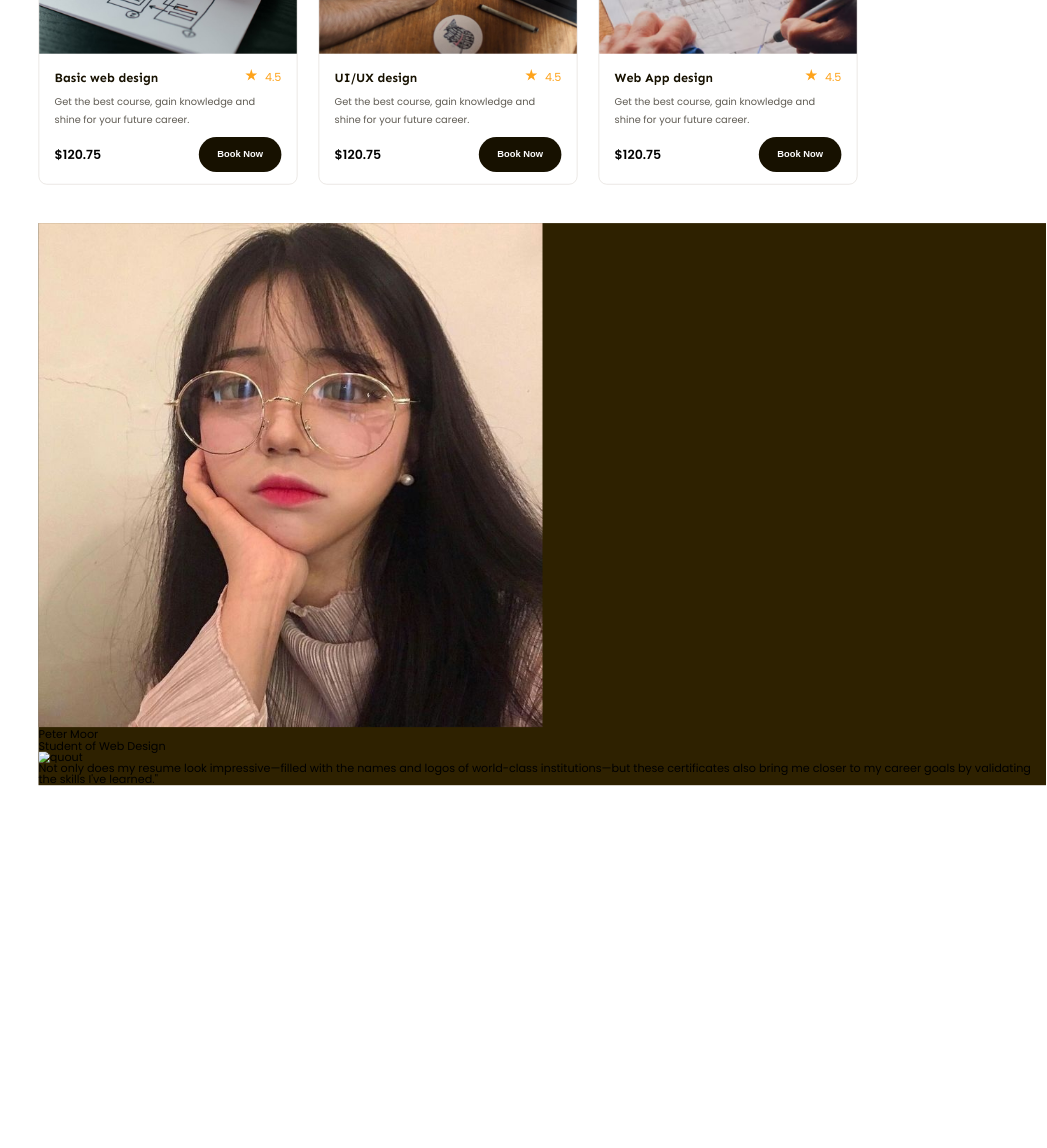
Repository: Toihoclaptrinh/duan1_figma
Page: index.html
These files come from the project's save history. The page is drawn as it stood at one moment and after the next save; the edit follows.
The browser window is 1280 px wide. The page is 1495 px wide, so the pictures cover 1495 px, including what lies to the right of the window. The pictures show the part of the page from y = 1484 to 3124 px (the page is 10000 px tall), at 70% of full size.

Above is the page before, as saved 2024-02-09 23:13:12.

### index.html
<!DOCTYPE html>
<html lang="en">
  <head>
    <meta charset="UTF-8" />
    <meta name="viewport" content="width=device-width, initial-scale=1.0" />
    <!-- reset css -->
    <link rel="stylesheet" href="./assets/css/reset.css" />
    <!-- embet font -->
    <link rel="preconnect" href="https://fonts.googleapis.com" />
    <link rel="preconnect" href="https://fonts.gstatic.com" crossorigin />
    <link
      href="https://fonts.googleapis.com/css2?family=Poppins:ital,wght@0,400;0,500;0,600;0,700;1,400&family=Sen:wght@700&display=swap"
      rel="stylesheet"
    />

    <!-- style css -->
    <link rel="stylesheet" href="./assets/css/style.css" />

    <title>Figma</title>
  </head>
  <body style="height: 10000px">
    <!-- header -->
    <header class="header fixed">
      <div class="main-content">
        <div class="body">
          <!-- logo -->
          <img src="./assets/icon/Lesson..svg" alt="Lesson" />
          <!-- navigation -->
          <nav class="nav">
            <ul>
              <li class="active">
                <a href="#!">Home</a>
              </li>
              <li>
                <a href="#!">Courses</a>
              </li>
              <li>
                <a href="#!">Pricing</a>
              </li>
              <li>
                <a href="#!">Reviews</a>
              </li>
            </ul>
          </nav>
          <!-- btn action -->
          <div class="action">
            <a href="#!" class="btn btn-sign-up">Sign Up</a>
          </div>
        </div>
      </div>
    </header>

    <main>
       <!-- code phần hero -->
      <div class="hero">
        <div class="main-content">
          <div class="body">
            <!-- hero left -->
            <div class="media-block">
              <img
                src="./assets/img/guy-lesson 1.jpg"
                alt="ảnh minh họa"
                class="img"
              />
              <div class="hero-summary">
                <!-- item 1 -->
                <div class="item">
                  <div class="icon">
                    <img src="./assets/icon/Design.svg" alt="icon design" />
                  </div>
                  <div class="info">
                    <p class="label">20 Courses</p>
                    <p class="title">UI/UX Design</p>
                  </div>
                </div>
                <!-- item 2 -->
                <div class="item">
                  <div class="icon icon2">
                    <img src="./assets/icon/Dev.svg" alt="icon dev" />
                  </div>
                  <div class="info">
                    <p class="label">20 Courses</p>
                    <p class="title">Development</p>
                  </div>
                </div>
                <!-- item 3 -->
                <div class="item">
                  <div class="icon icon3">
                    <img src="./assets/icon/Mark.svg" alt="icon marketing" />
                  </div>
                  <div class="info">
                    <p class="label">30 Courses</p>
                    <p class="title">Marketing</p>
                  </div>
                </div>
              </div>
            </div>
              <!-- hero-right -->
              <div class="contain-block">
                <h1 class="heading">
                  Learn without limits and spread knowledge.
                </h1>
                <p class="desc">
                  Build new skills for that “this is my year” feeling with
                  courses, certificates, and degrees from world-class
                  universities and companies.
                </p>
                <div class="cta-group">
                  <a href="#!" class="btn">See Courses</a>
                  <button class="watch-video">
                    <div class="icon">
                      <img src="./assets/icon/Polygon 2.svg" alt="play video" />
                    </div>
                    <span>Watch Video</span>
                  </button>
                </div>
                <p class="desc descRecent">Recent engagement</p>
                <p class="desc descstrong" >
                  <strong>50K</strong> Students <strong>70+</strong> Courses
                </p>
              </div>
          </div>
        </div>
        </div>
      </div>
       <!-- code phần pupular -->
      <div class="popular">
        <div class="main-content">
          <div class="pupular-top">
            <!-- khối bên trái  -->
            <div class="info">
              <h2 class="heading-lv2">Our popular courses</h2>
              <p class="desc">Build new skills with new trendy courses and shine for the next future career.</p>
            </div>
              <div class="controls">
                <button class="control-btn">
                  <svg width="8" height="14" viewBox="0 0 8 14" fill="none" xmlns="http://www.w3.org/2000/svg">
                    <path d="M7 1L1 7L7 13" stroke="currentColor" stroke-linecap="round" stroke-linejoin="round"/>
                    </svg>
                </button>
                <button class="control-btn">
                  <svg width="8" height="14" viewBox="0 0 8 14" fill="none" xmlns="http://www.w3.org/2000/svg">
                    <path d="M1 1L7 7L1 13" stroke="currentColor" stroke-linecap="round" stroke-linejoin="round"/>
                    </svg>
                </button>
              </div>
          </div>
          <div class="courses-list">
            <!-- khối thứ 1  -->
            <div class="courses-item">
              <a href="#!"><img src="./assets/img/thumb.jpg" alt="Basic web design" class="thumb"></a>
              <div class="info">
                <div class="head">
                  <h3 class="title"><a href="#!">Basic web design</a></h3>
                  <div class="rating">
                      <img src="./assets/icon/Star.svg" alt="star" class="star">
                      <span class="value">4.5</span>
                   </div>
                </div>

              <div class="desc">
                <p>Get the best course, gain knowledge and shine for your future career.</p>
              </div>
              <div class="foot">
                <span class="price">$120.75</span>
                <button class="btn">Book Now</button>
              </div>
            </div>
          </div>
            <!-- khối thứ 2 -->
            <div class="courses-item">
             <a href="#!"> <img src="./assets/img/thum2.jpg" alt="UI/UX design" class="thumb"></a>
              <div class="info">
                <div class="head">
                  <h3 class="title"><a href="#!">UI/UX design</a></h3>
                  <div class="rating">
                    <img src="./assets/icon/Star.svg" alt="star" class="star">
                      <span class="value">4.5</span>
                   </div>
                </div>

              <div class="desc">
                <p>Get the best course, gain knowledge and shine for your future career.</p>
              </div>
              <div class="foot">
                <span class="price">$120.75</span>
                <button class="btn">Book Now</button>
              </div>
            </div>
          </div>
            <!-- khối thứ 3 -->
            <div class="courses-item">
              <a href="#!"><img src="./assets/img/thumb3.png" alt="Web App design" class="thumb"></a>
              <div class="info">
                <div class="head">
                  <h3 class="title"><a href="#!">Web App design</a></h3>
                  <div class="rating">
                    <img src="./assets/icon/Star.svg" alt="star" class="star">
                      <span class="value">4.5</span>
                   </div>
                </div>
                <div class="desc">
                  <p>Get the best course, gain knowledge and shine for your future career.</p>
                </div>
                <div class="foot">
                  <span class="price">$120.75</span>
                  <button class="btn">Book Now</button>
                </div>
            </div>
          </div>
        </div>
        </div>
     </div>
     <!-- code phần feedback -->
     <div class="feedback">
        <div class="main-content">
          <div class="feedback-list">
            <div class="feedback-items">
              <!-- khối bên trái -->
                <div class="info">
                  <img src="./assets/img/avatar.jpg" alt="avatar" class="avtar">
                  <p class="name">Peter Moor</p>
                  <p class="desc">Student of Web Design</p>
                  <div class="dots">
                    <span class="dot"></span>
                    <span class="dot"></span>
                    <span class="dot"></span>
                  </div>
                </div>
                <!-- khối bên phải -->
                <div class="describe">
                  <img src="#!" alt="quout" class="quot">
                  <p class="desc"> Not only does my resume look impressive—filled with the names and logos of
                    world-class institutions—but these certificates also bring me closer to my career goals by
                    validating the skills I've learned." </p>
                </div>
            </div>
          </div>
        </div>
     </div>
    </main>
  </body>
</html>

### assets/css/style.css
/* font
 font-family: 'Poppins', sans-serif;
font-family: 'Sen', sans-serif;
 */

/* Phần code chung */

:root {
  --font-heading: "Sen", sans-serif;
  --primary-color: #ffb900;
}

* {
  box-sizing: border-box;
}
html {
  font-size: 62.5%;
}
body {
  font-size: 1.6rem;
  font-family: "Poppins", sans-serif;
}

a {
  text-decoration: none;
}

.heading-lv2 {
  font-family: var(--font-heading);
  font-size: 3.8rem;
  font-weight: 700;
  line-height: 1.27;
  letter-spacing: -0.76px;
}

/* code phần khối giao diện */
.main-content {
  width: 1170px;
  margin-left: auto;
  margin-right: auto;
  max-width: calc(100% - 48px);
}

/* Phần header */
.header {
  background: #fffcf4;
}
.header.fixed {
  position: sticky;
  /* phần phía trên sign up cách phía trên 8px cho bằng với phần bên dưới,nên để top -28px(36px-8),để âm 28 để cho phần
  thừa ra bị ẩn đi */
  top: -28px;
  z-index: 1;
}

.header .body {
  display: flex;
  align-items: center;
  padding: 36px 0px 8px;
}

.nav ul {
  display: flex;
}
.nav {
  margin-left: auto;
}

/* Thanh điều hướng */
.nav a {
  position: relative;
  color: #5f5b53;
  font-size: 1.6rem;
  padding: 8px 21px;
}

/* Dùng shadow tạo hiệu ứng in đậm khi hover  */
.nav li.active a,
.nav a:hover {
  color: #171100;
  text-shadow: 1px 0px 0px currentColor;
}

/* tạo dấu gạch chân dưới Home */
.nav li.active a::after {
  left: 21px;
  bottom: 6px;
  position: absolute;
  display: block;
  content: "";
  width: 12px;
  height: 2px;
  border-radius: 1px;
  background: #171100;
}

/* sign-up  */
.btn {
  display: inline-block;
  line-height: 50px;
  padding: 0 16px;
  min-width: 118px;
  color: #fff;
  text-align: center;
  font-weight: 600;
  border-radius: 999px;
  background: #171100;
}

.btn:hover {
  opacity: 0.9;
}

.header .btn-sign-up {
  min-width: 144px;
}

.header .action {
  margin-left: 49px;
}

/* phần hero  */

.hero {
  padding: 56px 0 65px;
  background-color: #fffcf4;
}

.hero .body {
  display: flex;
}

/* =========== hero left ================== */

.hero .media-block {
  width: 48%;
  position: relative;
}

.hero .media-block .img {
  width: 470px;
  height: 685px;
  object-fit: cover;
  border-radius: 20px;
}

.hero .hero-summary {
  width: 270px;
  padding: 24px;
  position: absolute;
  bottom: 48px;
  left: 300px;
  border-radius: 20px;
  background-color: #ffffff;
}

.hero-summary .item {
  display: flex;
  align-items: center;
}

.hero-summary .item + .item {
  margin-top: 22px;
}

.hero-summary .icon {
  width: 48px;
  height: 48px;
  border-radius: 50%;
  display: flex;
  justify-content: center;
  background-color: #fff9e8;
}

.hero-summary .icon2 {
  background-color: #fcefff;
}

.hero-summary .icon2 {
  background-color: #ebeaff;
}

.hero-summary .info {
  margin-left: 16px;
}

.hero-summary .info .label {
  font-size: 1.4rem;
  line-height: 1.86;
  color: #5f5b53;
}

.hero-summary .info .title {
  font-size: 1.4rem;
  color: #171100;
  line-height: 1.67;
  font-weight: 600;
}

/* =============== hero right ======= */

.hero .contain-block {
  width: 52%;
  padding-left: 130px;
  padding-top: 64px;
}

.hero .heading {
  color: #171100;
  font-family: var(--font-heading);
  font-size: 5.8rem;
  font-weight: 700;
  line-height: 1.17;
  letter-spacing: -1.16px;
}

.hero .desc {
  margin-top: 22px;
  font-size: 1.8rem;
  line-height: 1.67;
  color: #5f5b53;
}

.hero .cta-group {
  display: flex;
  margin-top: 38px;
  align-items: center;
}

.hero .btn {
  min-width: 180px;
  background-color: var(--primary-color);
  line-height: 64px;
}

.hero .watch-video {
  margin-left: 28px;
  border: none;
  background-color: transparent;
  display: flex;
  align-items: center;
  cursor: pointer;
}

.hero .watch-video .icon {
  width: 40px;
  height: 40px;
  background-color: #ffffff;
  border-radius: 40px;
  display: flex;
  align-items: center;
  justify-content: center;
  box-shadow: rgba(67, 71, 85, 0.27) 0px 0px 0.25em,
    rgba(90, 125, 188, 0.05) 0px 0.25em 1em;
}

.hero .watch-video span {
  margin-left: 14px;
  font-size: 1.8rem;
  font-weight: 600;
  line-height: 1.67;
}

.hero .descRecent {
  margin-top: 48px;
}

.hero .descstrong strong {
  font-family: var(--font-heading);
  font-size: 4.4rem;
  font-weight: 700;
  line-height: 1.23;
  color: #171100;
  margin-right: 15px;
}

.hero .descstrong {
  margin-top: 8px;
}

.hero .descstrong strong:nth-child(2) {
  margin-left: 28px;
}

.popular {
  padding: 65px 0px 55px;
  margin-top: 135px;
}

.pupular-top {
  display: flex;
  justify-content: space-between;
}

.pupular-top .desc {
  width: 458px;
  color: #5f5b53;
  font-size: 1.8rem;
  font-weight: 400;
  line-height: 1.67;
  margin-top: 16px;
}

.pupular-top .controls {
  display: flex;
  gap: 18px;
}

.pupular-top .control-btn {
  background-color: transparent;
  width: 40px;
  height: 40px;
  border: 1px solid var(--primary-color);
  border-radius: 50%;
  display: flex;
  justify-content: center;
  align-items: center;
  color: #ffb900;
}

.pupular-top .control-btn:hover {
  background-color: #ffb900;
  color: #ffffff;
  cursor: pointer;
}

.popular .courses-list {
  display: flex;
  margin-top: 55px;
  justify-content: space-between;
  gap: 30px;
}

.popular .courses-list .courses-item {
  flex: 1;
  max-width: 370px;
  height: 466px;
  border-radius: 12px;
  border: 1px solid #e2dfda;
}

.popular .courses-list .courses-item:hover {
  box-shadow: 0px 18px 36px 0px #0000000d;
  border: none;
}
.popular .courses-item .thumb {
  width: 100%;
  height: 278px;
  object-fit: cover;
}

.popular .courses-item .info {
  margin: 16px 22px 22px;
}

.popular .courses-item .head {
  display: flex;
  align-items: center;
  justify-content: space-between;
}

.popular .courses-item .title a {
  color: #171100;
  font-family: var(--font-heading);
  font-size: 1.8rem;
  font-weight: 600;
  line-height: 1.67;
}

.courses-item .head .value {
  font-size: 1.6rem;
  font-weight: 400;
  line-height: 1.75;
  color: #fea31b;
  margin-left: 6px;
}

.popular .courses-item .desc {
  font-size: 1.4rem;
  font-weight: 400;
  line-height: 1.86;
  color: #5f5b53;
  margin-top: 6px;
}

.popular .courses-item .foot {
  display: flex;
  align-items: center;
  justify-content: space-between;
  margin: 12px 0px 22px;
}

.popular .courses-item .foot .price {
  font-size: 1.8rem;
  font-weight: 600;
  line-height: 1.67;
}

.popular .courses-item .foot .btn {
  border: none;
}

.courses-item .foot .btn:hover {
  background-color: #ffb900;
  color: #ffffff;
  cursor: pointer;
}

.feedback .feedback-items {
  width: 1440px;
  background-color: #2e2100;
}

Loaded but not shown: assets/css/reset.css (common file)

After the next save:
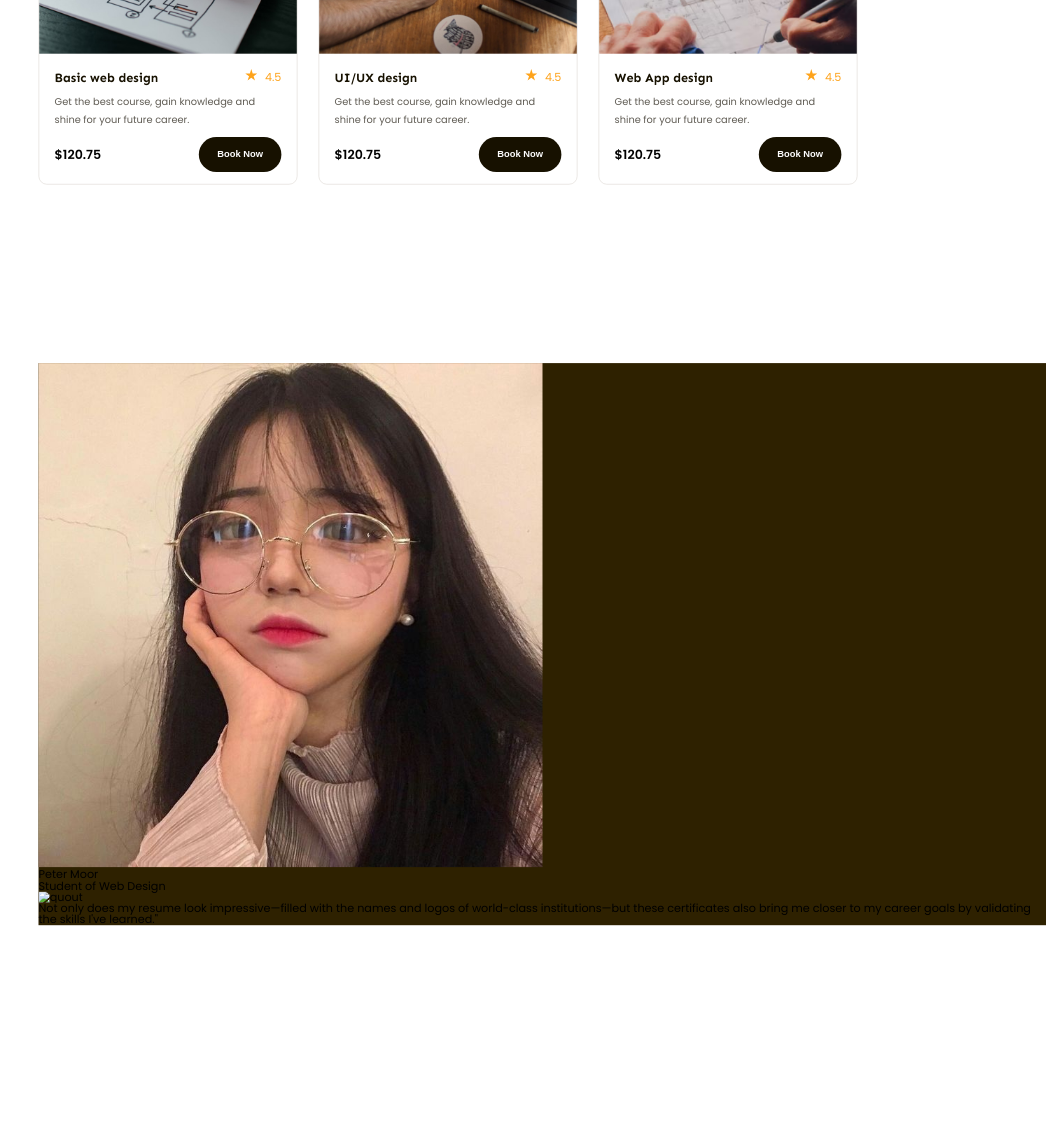
Saved 24 s later.
--- a/assets/css/style.css
+++ b/assets/css/style.css
@@ -409,4 +409,5 @@ a {
 .feedback .feedback-items {
   width: 1440px;
   background-color: #2e2100;
-}
+  margin-top: 200px;
+}
